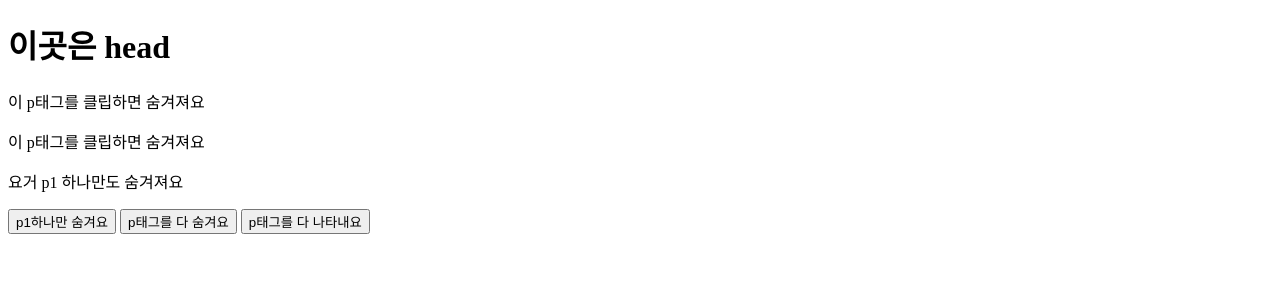
Repository: YERIN0531/SEOYERIN_WEBPRO
Page: gitSource/07_jQuery/jq01/WebContent/02_hide_show.html
An editor plug-in stored every save of this project. The page is shown before and after the next save, followed by the edit.
The browser window is 1280 px wide. The pictures show the whole page.

Above is the page before, as saved 2022-06-21 01:06:45.
Console error: TypeError: $(...).clcik is not a function

### gitSource/07_jQuery/jq01/WebContent/02_hide_show.html
<!DOCTYPE html>
<html>
<head>
<meta charset="EUC-KR">
<title>Insert title here</title>

<script src="https://code.jquery.com/jquery-3.6.0.min.js"></script>
<script>
   $(document).ready(function(){
      $('p').click(function(){
    	  $(this).hide(); //p태그 3개중에 클릭한 내 자신(this)를hide 숨겨라
      });

      $('button#hideP1').click(function(){
    	$('#p1').hide();

      });

      $('button#hidePtag').click(function(){
    	  $('p').hide();
      });

      $('button#showPtag').clcik(function(){
    	  $('p').show();
      });

   });
</script>

</head>
<body>
<h1>이곳은 head</h1>
<p>이 p태그를 클립하면 숨겨져요</p>
<p>이 p태그를 클립하면 숨겨져요</p>
<p id="p1">요거 p1 하나만도 숨겨져요 </p>

<button id="hideP1">p1하나만 숨겨요</button>
<button id="hidePtag">p태그를 다 숨겨요</button>
<button id="showPtag">p태그를 다 나타내요</button>
</body>
</html>

After the next save:
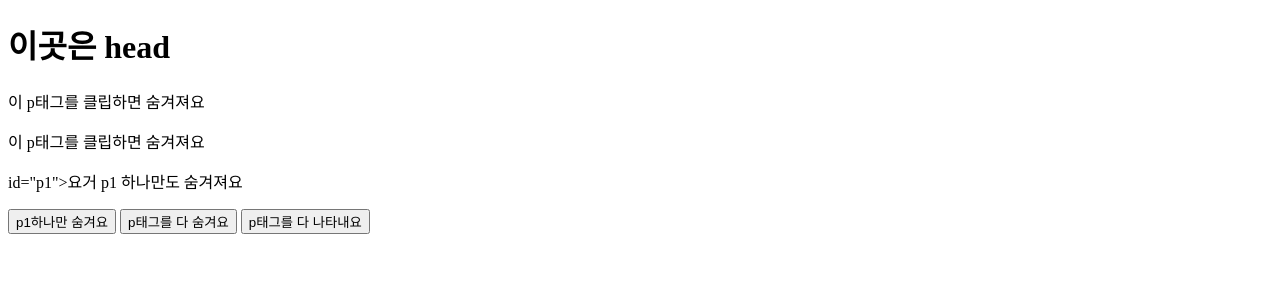
Saved 4 s later.
--- a/gitSource/07_jQuery/jq01/WebContent/02_hide_show.html
+++ b/gitSource/07_jQuery/jq01/WebContent/02_hide_show.html
@@ -32,7 +32,7 @@
 <h1>이곳은 head</h1>
 <p>이 p태그를 클립하면 숨겨져요</p>
 <p>이 p태그를 클립하면 숨겨져요</p>
-<p id="p1">요거 p1 하나만도 숨겨져요 </p>
+<p> id="p1">요거 p1 하나만도 숨겨져요 </p>
 
 <button id="hideP1">p1하나만 숨겨요</button>
 <button id="hidePtag">p태그를 다 숨겨요</button>

After the save that followed:
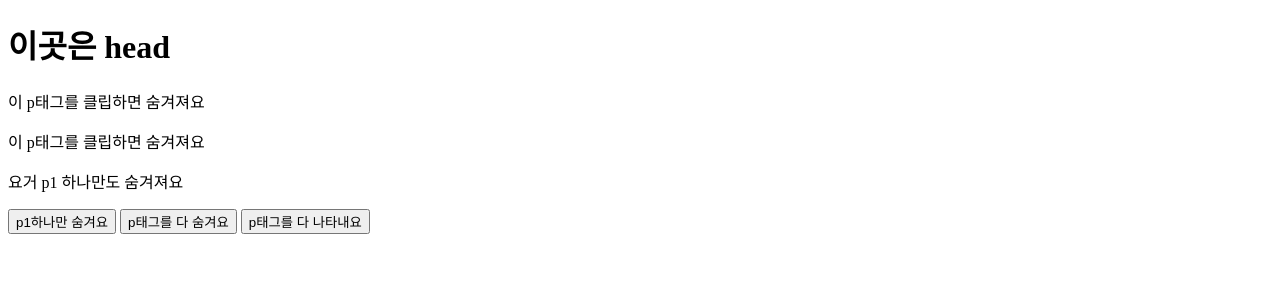
Saved 7 s later.
--- a/gitSource/07_jQuery/jq01/WebContent/02_hide_show.html
+++ b/gitSource/07_jQuery/jq01/WebContent/02_hide_show.html
@@ -32,7 +32,7 @@
 <h1>이곳은 head</h1>
 <p>이 p태그를 클립하면 숨겨져요</p>
 <p>이 p태그를 클립하면 숨겨져요</p>
-<p> id="p1">요거 p1 하나만도 숨겨져요 </p>
+<p id="p1">요거 p1 하나만도 숨겨져요 </p>
 
 <button id="hideP1">p1하나만 숨겨요</button>
 <button id="hidePtag">p태그를 다 숨겨요</button>
